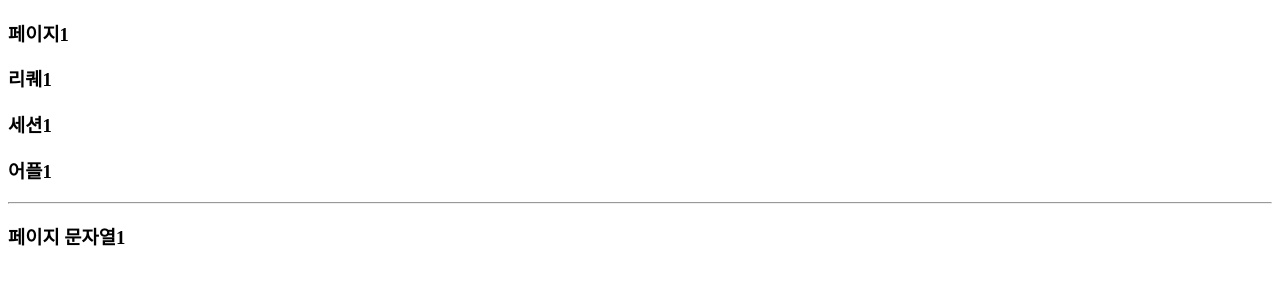
Repository: 2nho/personal-study
Page: http://localhost/ExWebPrj1/el_scope_example.jsp
These files come from the project's save history. The page is drawn as it stood at one moment and after the next save; the edit follows.
The browser window is 1280 px wide. The pictures show the whole page.
The page is served by Tomcat 9. Other server files are loaded and not shown.

Above is the page before, as saved 2021-12-30 08:09:55.

### Java/workspace/ExWebPrj1/src/main/webapp/el_scope_example.jsp
<%@ page language="java" contentType="text/html; charset=UTF-8"
    pageEncoding="UTF-8"%>
<%
	pageContext.setAttribute("page1", "페이지1");
	request.setAttribute("request1","리퀘1");
	session.setAttribute("session1", "세션1");
	application.setAttribute("app1", "어플1");

	pageContext.setAttribute("data1", "페이지 문자열1");
	request.setAttribute("data1", "리퀘 문자열1");
	session.setAttribute("data1", "세션 문자열1");
	application.setAttribute("data1", "어플 문자열1");
%>
<!DOCTYPE html>
<html>
<head>
<meta charset="UTF-8">
<title>Insert title here</title>
</head>
<body>
	<h3>${page1}</h3>
	<h3>${request1}</h3>
	<h3>${session1}</h3>
	<h3>${app1}</h3>
	<hr />
	<h3>${data1}</h3>
</body>
</html>

After the next save:
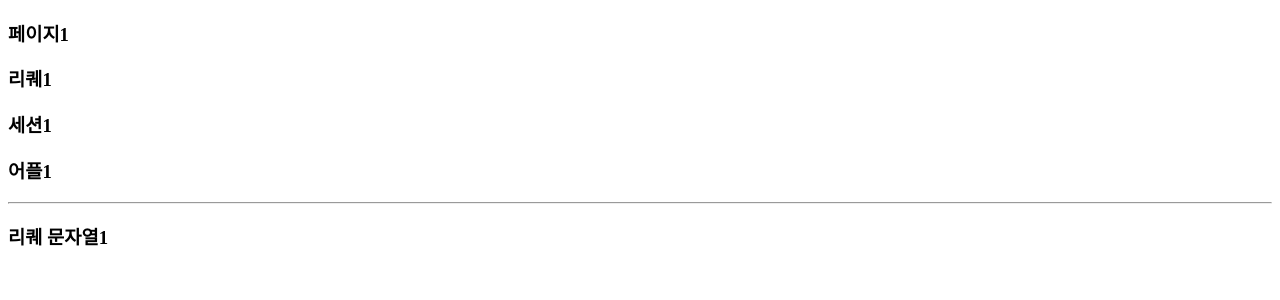
Saved 25 s later.
--- a/Java/workspace/ExWebPrj1/src/main/webapp/el_scope_example.jsp
+++ b/Java/workspace/ExWebPrj1/src/main/webapp/el_scope_example.jsp
@@ -6,7 +6,7 @@
 	session.setAttribute("session1", "세션1");
 	application.setAttribute("app1", "어플1");
 
-	pageContext.setAttribute("data1", "페이지 문자열1");
+	//pageContext.setAttribute("data1", "페이지 문자열1");
 	request.setAttribute("data1", "리퀘 문자열1");
 	session.setAttribute("data1", "세션 문자열1");
 	application.setAttribute("data1", "어플 문자열1");
